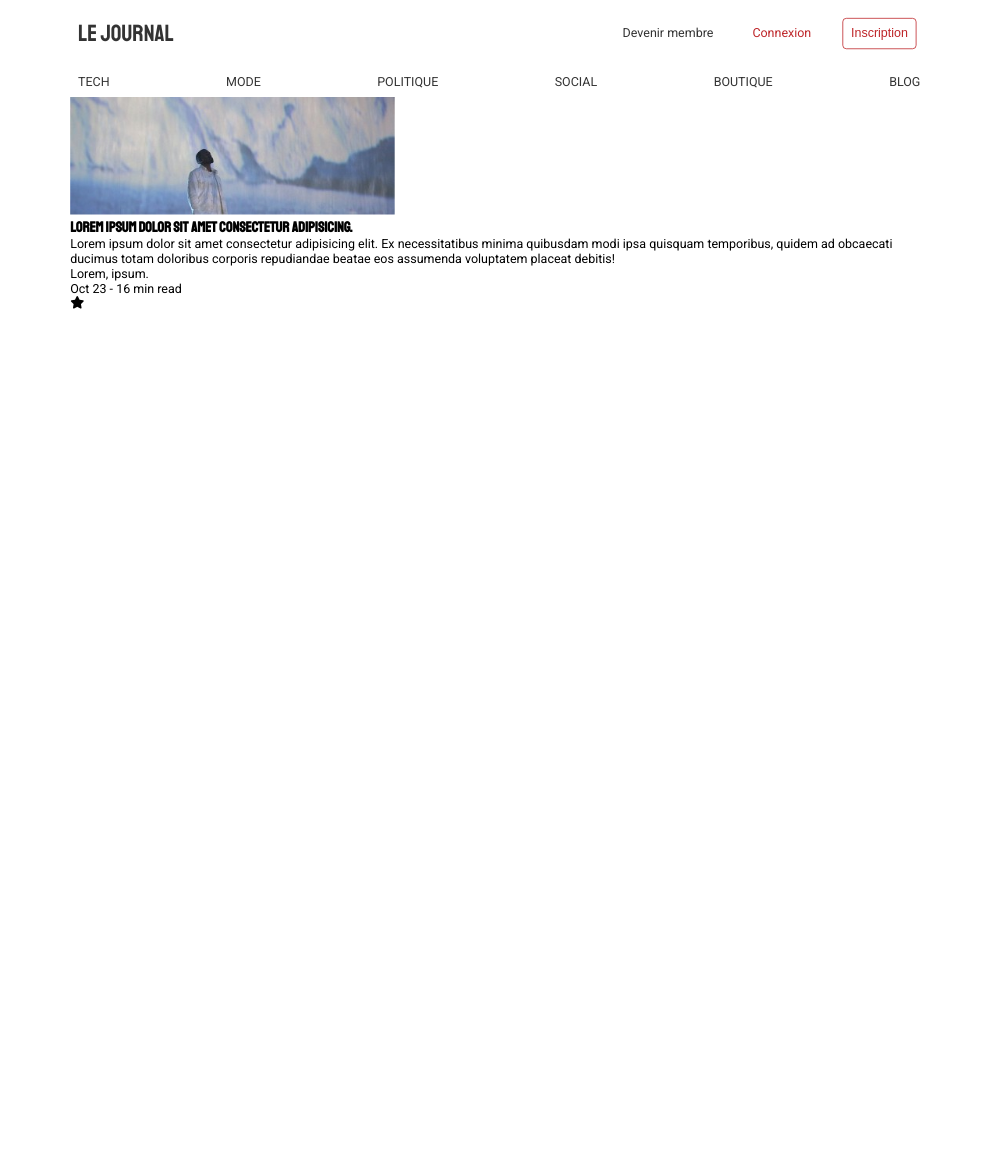
Repository: AmelYahyaoui/journal
Page: index.html
These files come from the project's save history. The page is drawn as it stood at one moment and after the next save; the edit follows.
The browser window is 1280 px wide. The pictures show the whole page, at 78% of full size.
Some web libraries are served in a nearby version.

Above is the page before, as saved 2024-10-08 13:55:21.

### index.html
<!DOCTYPE html>
<html lang="en">
<head>
  <meta charset="UTF-8">
  <meta name="viewport" content="width=device-width, initial-scale=1.0">
  <link rel="stylesheet" href="./css/style.css">
  <!-- font awesome pour les icons -->
  <script src="https://kit.fontawesome.com/86cd9e8130.js" crossorigin="anonymous"></script>
  <link rel="stylesheet" media="only screen and (max-width:500px)"  href="./css/style.mobile.css">
  <!-- googl fonts(font family on deux:staatliches et roboto) -->
  <link href="https://fonts.googleapis.com/css2?family=Staatliches&display=swap" rel="stylesheet">
  <link href="https://fonts.googleapis.com/css2?family=Roboto:ital,wght@0,100;0,300;0,400;0,500;0,700;0,900;1,100;1,300;1,400;1,500;1,700;1,900&family=Staatliches&display=swap" rel="stylesheet">
  <title>Journal | Acceuil</title>
</head>
<body>
  <div class="container">
    <header>
      <a href="#" class="logo">le journal</a>
       <ul>
        <li><a href="">Devenir membre</a></li>
        <li><a class="text-primary" href="">Connexion</a></li>
        <li><button class="btn btn-light" href="">Inscription</></li>
       </ul>
      </header>

      <nav>
        <a href="#">TECH</a>
        <a href="#">MODE</a>
        <a href="#">POLITIQUE</a>
        <a href="#">SOCIAL</a>
        <a href="#">BOUTIQUE</a>
        <a href="#">BLOG</a>
      </nav>


   <section class="">
    <article class="partie1">
      <img src="img/img/bloc-1.jpeg" alt="">
      <h3>Lorem ipsum dolor sit amet consectetur adipisicing.</h3>
      <p>Lorem ipsum dolor sit amet consectetur adipisicing elit. Ex necessitatibus minima quibusdam modi ipsa quisquam temporibus, quidem ad obcaecati ducimus totam doloribus corporis repudiandae beatae eos assumenda voluptatem placeat debitis!</p>
      <p>Lorem, ipsum.</p>
      <p>Oct 23 - 16 min read</p>
      <icons><i class="fa-sharp fa-solid fa-star"></i></icons>
    <!-- </article>
    <article class="">
      <img src="img/img/bloc-2.jpeg" alt="">
      <h3></h3>
      <p></p>
      <p></p>
      <p></p>
      <icons></icons>
    </article>
    <article class="">
      <img src="img/img/bloc-3.jpeg" alt="">
      <h3></h3>
      <p></p>
      <p></p>
      <p></p>
      <icons></icons>
    </article>
    <article class="">
      <img src="img/img/bloc-4.jpeg" alt="">
      <h3></h3>
      <p></p>
      <p></p>
      <p></p>
      <icons></icons>
    </article>
    <article class="">
      <img src="img/img/bloc-5.jpeg" alt="">
      <h3></h3>
      <p></p>
      <p></p>
      <p></p>
      <icons></icons>
    </article> -->
  </section>

  </div>
</body>
</html>

### css/style.css
/* & reset */
* {
  margin: 0;
  padding: 0;
  box-sizing: border-box;
}

/* ^ general  */
/* def pour color */
:root {
  --primary: #be2529;
  --dark: #333;
  --secondary: #0d0d0d;
  --gray: #ddd;
  --gray-light: #eee;
  --gray-hint: #555;

}

/* pour tout html */
:root {
  font-size: 62.5%;
}

body {
  font-family: "Roboto", sans-serif;
  font-size: 1.6rem;

}

h1,
h2,
h3,
h4,
h5,
h6 {
  font-family: "Staatliches", cursive;
}

a {
  font-size: 1.6rem;
  color: var(--dark);
  text-decoration: none;
}

ul {
  list-style: none;
}

/* ~ utility */
.container {
  display: block;
  margin: auto;
  max-width: 1100px;
  height: 1500px;
}

.text-primary {
  color: var(--primary);
}

/* hover simple */
.text-primary:hover {
  opacity: 0.8;
}

.btn {
  font-size: 1.6rem;
  padding: 1rem 1rem;
  border-radius: 0.5rem;
  cursor: pointer;
  border: 0px;
  -webkit-border-radius: 0.5rem;
  -moz-border-radius: 0.5rem;
  -ms-border-radius: 0.5rem;
  -o-border-radius: 0.5rem;
  transition: 0.2s;
  -webkit-transition: 0.2s;
  -moz-transition: 0.2s;
  -ms-transition: 0.2s;
  -o-transition: 0.2s;
}

.btn-light {
  background: white;
  border: 1px solid var(--primary);
  color: var(--primary);
}

.btn-light:hover {
  background: var(--primary);
  color: white
}


/* ~ Header */

header {
  display: grid;
  grid-template-columns: 1fr auto;
  place-items: center start;
  line-height: 3.5rem;
  margin: 0.5rem auto;
}

header .logo {
  font-size: 3rem;
  font-family: "Staatliches", cursive;
}

header a {
  display: block;
  padding: 1rem;
}

header ul {
  display: flex;
  align-items: center;
}

header ul li {
  padding: 1rem 1.5rem;
}

/* ^ Navbar */
nav{
  display: flex;
  padding: 1rem;
  justify-content:space-between;
  position: sticky;
  top:0;
  background:#FFFFFF;
}


<i class="fa-sharp fa-solid fa-star"></i>

Loaded but not shown: css/style.mobile.css (no stored copy; drawn as an empty file)

After the next save:
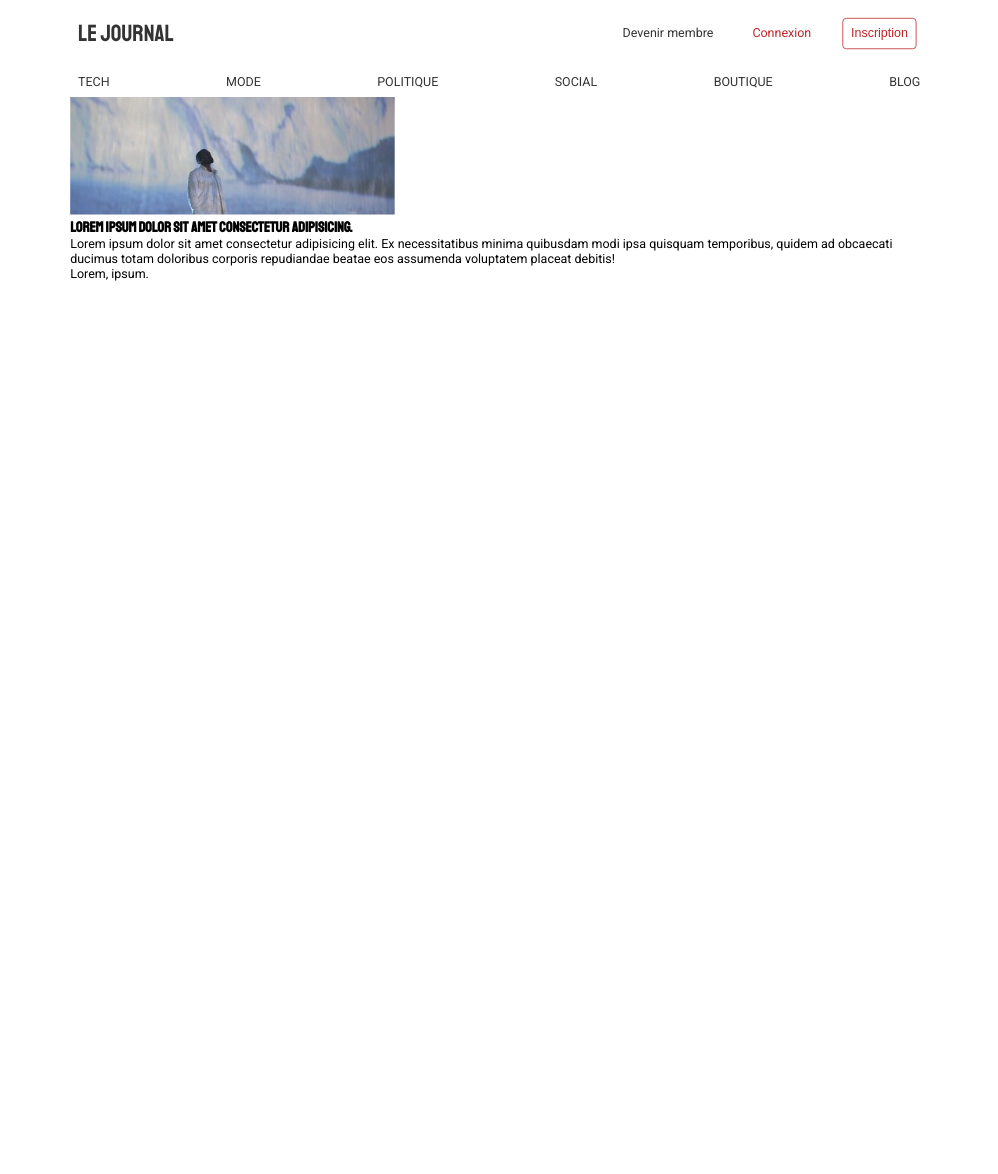
Saved 19 s later.
--- a/index.html
+++ b/index.html
@@ -39,8 +39,8 @@
       <h3>Lorem ipsum dolor sit amet consectetur adipisicing.</h3>
       <p>Lorem ipsum dolor sit amet consectetur adipisicing elit. Ex necessitatibus minima quibusdam modi ipsa quisquam temporibus, quidem ad obcaecati ducimus totam doloribus corporis repudiandae beatae eos assumenda voluptatem placeat debitis!</p>
       <p>Lorem, ipsum.</p>
-      <p>Oct 23 - 16 min read</p>
-      <icons><i class="fa-sharp fa-solid fa-star"></i></icons>
+      <!-- <p>Oct 23 - 16 min read</p>
+      <icons><i class="fa-sharp fa-solid fa-star"></i></icons> -->
     <!-- </article>
     <article class="">
       <img src="img/img/bloc-2.jpeg" alt="">
